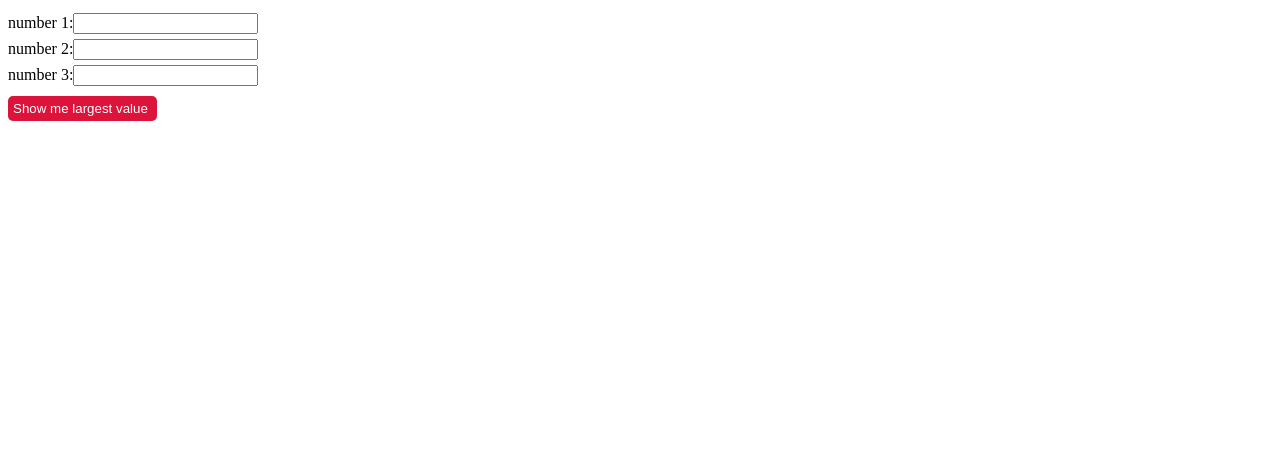
Repository: pkc189/Techment
Page: Advance Java Server Side/HelloWorld/WebContent/Largest.html
These files come from the project's save history. The page is drawn as it stood at one moment and after the next save; the edit follows.
The browser window is 1280 px wide. The pictures show the whole page.

Above is the page before, as saved 2021-08-20 08:25:35.

### Advance Java Server Side/HelloWorld/WebContent/Largest.html
<!DOCTYPE html>
<html>
<head>
<meta charset="ISO-8859-1">
<title>Insert title here</title>
<style>

.btn{
background-color:crimson ;
border:none;
border-radius:5px;
color:white;
padding:5px;
margin-top:10px;
}
input{
margin-top:5px;

}




</style>
</head>
<body>

<form action="Largest">
  number 1:<input type="text" name="n1">
  <br/>
  number 2:<input type="text" name="n2">
  <br/>
  number 3:<input type="text" name="n3">
  <br/>


<input class="btn" value="Show me largest value " type="submit">
</form>
</body>
</html>

After the next save:
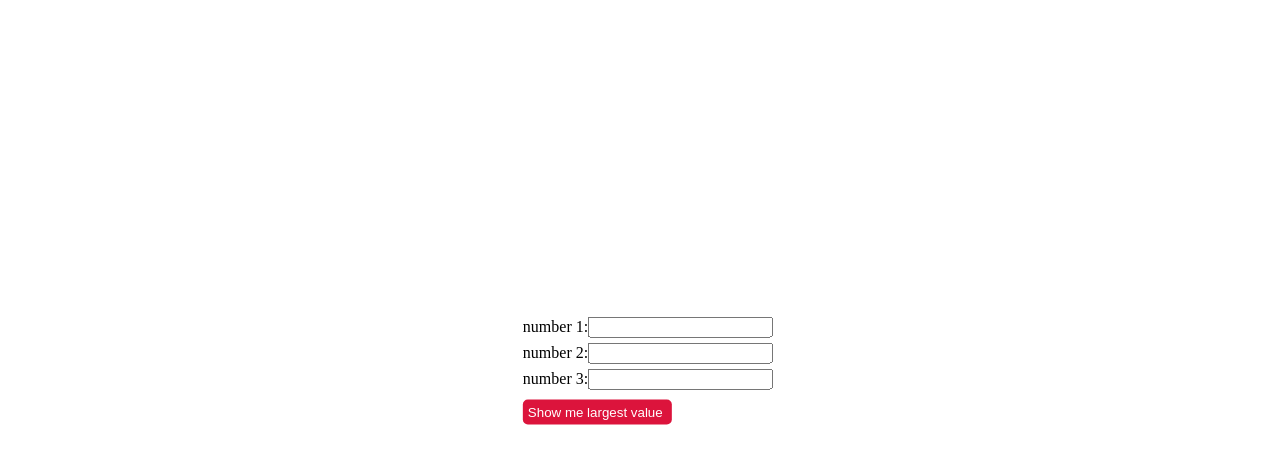
Saved 41 s later.
--- a/Advance Java Server Side/HelloWorld/WebContent/Largest.html
+++ b/Advance Java Server Side/HelloWorld/WebContent/Largest.html
@@ -4,6 +4,11 @@
 <meta charset="ISO-8859-1">
 <title>Insert title here</title>
 <style>
+body{
+position:absolute;
+top:50%;
+left:50%;
+transform:translate(-50%,-50%)}
 
 .btn{
 background-color:crimson ;
